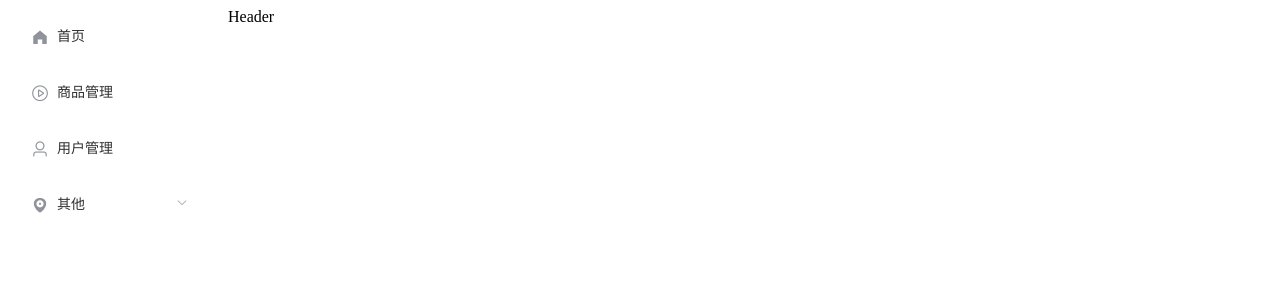
Repository: Francis200214/my-app
Page: /
An editor plug-in stored every save of this project. The page is shown before and after a run of saves, followed by the edit.
The browser window is 1280 px wide. The pictures show the whole page.
The project was rebuilt for these pictures with package versions that can differ from the ones it lists, and the page was loaded fresh each time. Also part of the build but not shown: vue.config.js, src/views/Home.vue, src/views/User.vue.

Above is the page before, as saved 2023-05-20 15:54:11.

After the next 2 saves:
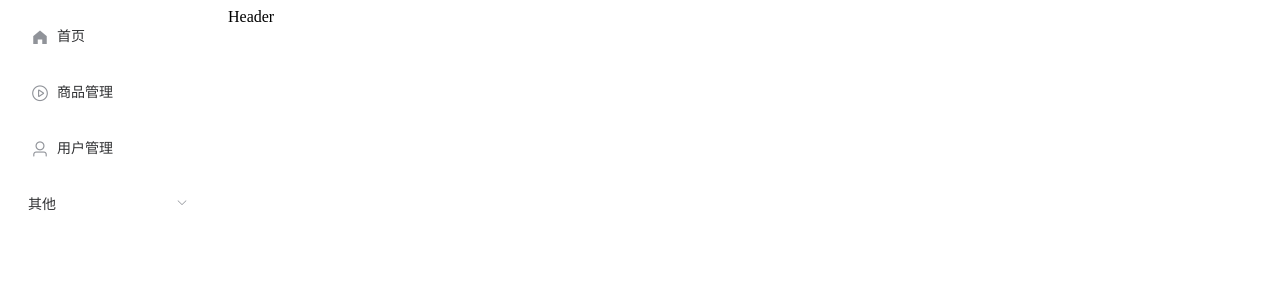
The 2 saves are shown as one change because they came seconds apart.
The last was saved 15 s later.
--- a/src/components/CommonAside.vue
+++ b/src/components/CommonAside.vue
@@ -8,7 +8,7 @@
             </el-menu-item>
             <el-submenu v-for="item in hasChildren" index="2">
                 <template slot="title">
-                    <i class="el-icon-location"></i>
+                    <i :class=""></i>
                     <span slot="title">{{ item.label }}</span>
                 </template>
                 <el-menu-item-group v-for="value in item.children" >

After the save that followed:
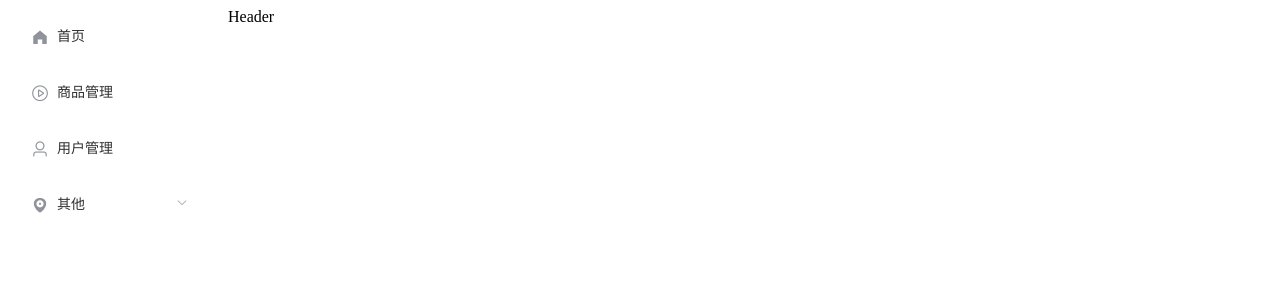
Saved 6 s later.
--- a/src/components/CommonAside.vue
+++ b/src/components/CommonAside.vue
@@ -8,7 +8,7 @@
             </el-menu-item>
             <el-submenu v-for="item in hasChildren" index="2">
                 <template slot="title">
-                    <i :class=""></i>
+                    <i :class="`el-icon-location`"></i>
                     <span slot="title">{{ item.label }}</span>
                 </template>
                 <el-menu-item-group v-for="value in item.children" >
